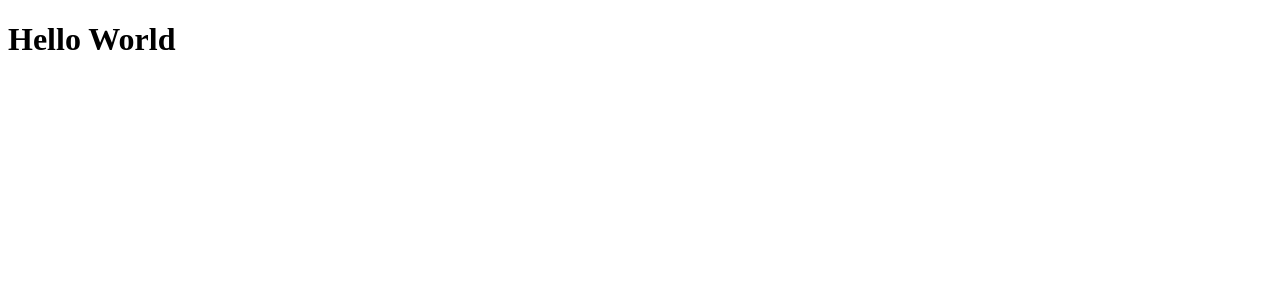
Repository: 23subbhashit/JSP_And_Servlet
Page: FirstWeb/WebContent/index.html
The author's editor kept a copy of each file at every save. The page is drawn from the files as they stood at one save, then again after the next save.
The browser window is 1280 px wide. The pictures show the whole page.

Above is the page before, as saved 2020-11-01 06:36:05.

After the next save:
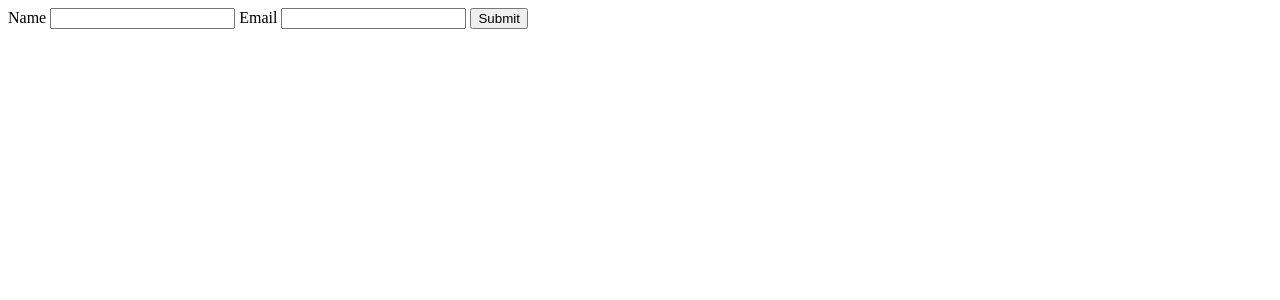
Saved 3 min 9 s later.
--- a/FirstWeb/WebContent/index.html
+++ b/FirstWeb/WebContent/index.html
@@ -6,6 +6,12 @@
 
 </head>
 <body>
-	<h1>Hello World</h1>
+	<form>
+		<label>Name</label>
+		<input type="text"/>
+		<label>Email</label>
+		<input type="email"/>
+		<input type="submit"/>
+	</form>
 </body>
 </html>
